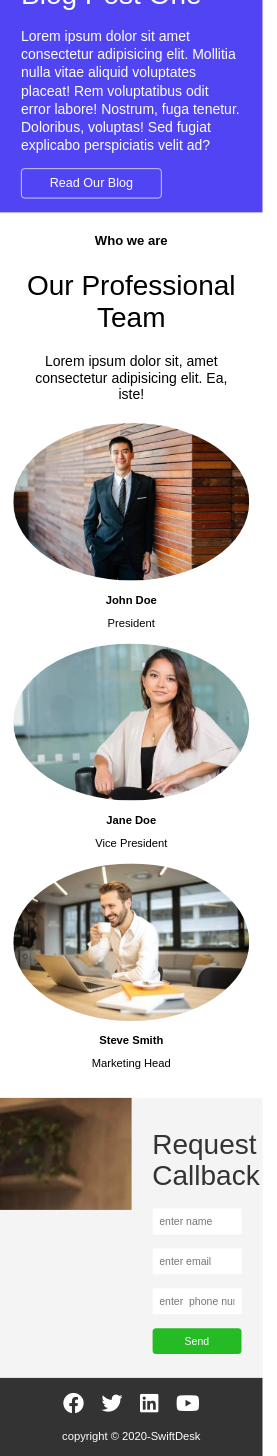
Repository: reemoon-ctrl/swiftdisk-Website-Flexbox
Page: index.html
An editor plug-in stored every save of this project. The page is shown before and after a run of saves, followed by the edit.
The browser window is 375 px wide. The page is 395 px wide, so the pictures cover 395 px, including what lies to the right of the window. The pictures show the part of the page from y = 3489 to 5729 px (the page is 5569 px tall before and 5729 px after), at 70% of full size.
Some web fonts or font styles are not loaded; a fallback is used.

Above is the page before, as saved 2024-07-28 10:23:22.

### index.html
<!DOCTYPE html>
<html lang="en">
<head>
    <meta charset="UTF-8">
    <meta name="viewport" content="width=device-width, initial-scale=1.0">
    <title>
        Swift Desk
    </title>
    <link rel="stylesheet" href="https://cdnjs.cloudflare.com/ajax/libs/pretendard-gov/1.3.9/variable/pretendardvariable-gov.css" integrity="sha512-8+hQBaMPOtCpDlrIo2m0mrtjxkbHDG7Qn6+ftvl8QmG21EGNQTP8Qi76h2VgHyol77soXLVZuuZDX953JC10hw==" crossorigin="anonymous" referrerpolicy="no-referrer" />
    <link rel="stylesheet" href="https://cdnjs.cloudflare.com/ajax/libs/font-awesome/6.0.0-beta3/css/all.min.css">

    <link rel="stylesheet" href="index.css">
    <link rel="stylesheet" href="media.css">
</head>
<body>
    <div class="show-case">
        <header>
            <div class="nav-bar">
                <div class="title-bar">
                    <i class="fas fa-desktop fa-2x" style="color: rgb(37, 187, 37)"></i>
                    <h1 class="title"><span class="fword"> Swift</span>Desk</h1>
                </div>
                <div class="link-bar">
                    <a href="index.html">Home</a>
                    <a href="#about">About</a>
                    <a href="#cases">Cases</a>
                    <a href="#blog">Blog</a>
                    <a href="#contact">Contact</a>
                </div>
            </div>
        </header>
        <header class="hd-content">
            <h1>The Sky Is The Limit</h1>
            <p>We provide world class financial assistance
            </p>
            <a href=""><i class="fas fa-chevron-right "></i> Read More</a>

        </header>

    </div>
    <main>
        <div class="about-section">
            <ul id="about"class="about-srvice" >
                <li><i class="fas fa-university " ></i>
                    <h3>Portfolio Manager</h3>
                    <p>Lorem ipsum dolor sit, amet consectetur
                         adipisicing elit. Voluptate, voluptas!</p>
                </li>
                <li><i class="fas fa-book-open-reader " ></i>
                    <h3>Portfolio Manager</h3>
                    <p>Lorem ipsum dolor sit, amet consectetur
                         adipisicing elit. Voluptate, voluptas!</p></li>
                <li><i class="fas fa-pen-fancy " ></i>
                    <h3>Tax&Custodial</h3>
                    <p>Lorem ipsum dolor sit, amet consectetur
                         adipisicing elit. Voluptate, voluptas!</p></li>
            </ul>
        </div>
        <div>
            <div class="solutions">
                <div class="img"></div>
                <div class="solution-content">
                    <h3>What you are looking for</h3>
                    <h2>We provide bespoke solutions</h2>
                    <p>Lorem ipsum dolor sit amet consectetur
                        adipisicing elit. Mollitia nulla vitae aliquid voluptates placeat! Rem voluptatibus odit error labore! Nostrum, fuga tenetur. Doloribus, voluptas! Sed
                        fugiat explicabo perspiciatis velit ad?</p>
                    <a href="index.html">Read More</a>
                 </div>
            </div>
        </div>
        <div class="Business-case" id="cases">
            <div class="Business-case-content">
                <h3>This is what we do</h3>
                <h2>Business Cases</h2>
                <p>Lorem ipsum dolor sit, amet consectetur
                     adipisicing elit. Ea, iste!</p>
            </div>
            <div class="BC-image">
                <img class="BCimg BCimg1" src="/img/cases/cases1.jpg" alt="">
                <img  class="BCimg BCimg2" src="/img/cases/cases2.jpg" alt="">
                <img class="BCimg BCimg3" src="/img/cases/cases3.jpg" alt="">
                <img class="BCimg BCimg4" src="/img/cases/cases4.jpg" alt="">
                <img class="BCimg BCimg5" src="/img/cases/cases5.jpg" alt="">
                <img class="BCimg BCimg6" src="/img/cases/cases6.jpg" alt="">
                <img class="BCimg BCimg7" src="/img/cases/cases7.jpg" alt="">
                <img class="BCimg BCimg8" src="/img/cases/cases8.jpg" alt="">
            </div>
        </div>

        <div>
            <div class="blog" id="blog">
                <div class="img"></div>
                <div class="blog-content">
                    <h3>April 16 2020</h3>
                    <h2>Blog Post One</h2>
                    <p>Lorem ipsum dolor sit amet consectetur
                        adipisicing elit. Mollitia nulla vitae aliquid voluptates placeat! Rem voluptatibus odit error labore! Nostrum, fuga tenetur. Doloribus, voluptas! Sed
                        fugiat explicabo perspiciatis velit ad?</p>
                    <a href="blog.html">Read Our Blog</a>
                 </div>
            </div>
        </div>
        <div class="Business-case">
            <div class="Business-case-content">
                <h3>Who we are</h3>
                <h2>Our Professional Team</h2>
                <p>Lorem ipsum dolor sit, amet consectetur
                     adipisicing elit. Ea, iste!</p>
            </div>
            <div class="our-team">
                <ul class="team-image">
                    <li><img  class="tmimg tm-img1" src="/img/team/person1.jpg" alt=""><h4>John Doe</h4><p>President</p></li>
                    <li><img  class="tmimg tm-img2" src="/img/team/person2.jpg" alt=""><h4>Jane Doe</h4><p>Vice President</p></li>
                    <li><img class="tmimg tm-img3" src="/img/team/person3.jpg" alt=""><h4>Steve Smith</h4><p>Marketing Head</p></li>
                </ul>
            </div>
        </div>
        <div>
            <div class="request" id="contact">
                <div class="img"></div>
                <div class="form-content">
                    <h2>Request Callback</h2>
                    <form class="requwst-form"action="">
                        <input type="text" name="name" id="name" placeholder="enter name">
                        <input type="email" name="Email" id="Email" placeholder="enter email">
                        <input type="tel" name="phone" id="phone" placeholder="enter  phone number">
                        <input type="submit" value="Send" id="submit">
                    </form>


                 </div>

            </div>
        </div>

    </main>
    <footer>
        <ul class="footer-icon">
            <li><a href=""><i class="fa-brands fa-facebook"></i></a></li>
            <li><a href=""><i class="fa-brands fa-twitter"></i></a></li>
            <li><a href=""><i class="fa-brands fa-linkedin"></i></a></li>
            <li><a href=""><i class="fa-brands fa-youtube"></i></a></li>
        </ul>
        <p>copyright &copy; 2020-SwiftDesk</p>
    </footer>



</body>
</html>

### index.css
@import url('https://fonts.googleapis.com/css2?family=Open+Sans:ital,wght@0,300..800;1,300..800&family=Poppins:ital,wght@0,100;0,200;0,300;0,400;0,500;0,600;0,700;0,800;0,900;1,100;1,200;1,300;1,400;1,500;1,600;1,700;1,800;1,900&display=swap');


*{
    box-sizing: border-box;
    margin: 0;
    padding: 0;
}

body{
    font-family: 'Open Sans ', sans-serif;
}
h1,h2{
    font-weight: 300;
}
.nav-bar{
    display: flex;
    justify-content:space-between ;
    padding: 20px 20px;
    color:#fff;
    background-color: #333333cd;
    position: fixed;
    top: 0px;
    height:70px;
    width:100vw;
}
.title-bar{
    align-items: center;
    flex-grow: 1;
    display: flex;
    gap:.5rem;


}
.title-bar h1{
    display:inline-block;
    font-size:2.5rem;
    font-weight: 400;
}

.link-bar{

    /* flex-grow:1 ; */
    align-self: center;
    display: flex;
}
.link-bar a{
    padding: 23.5px 20px;
    color:#fff;
    text-decoration: none;


}
.link-bar a:hover{
    border-bottom: 2px #25bb25 solid;
}
.fword{
    color:#25bb25;
}
.show-case{
   height:100vh;
   text-align: center;
   color:#fff;
   position: relative;
   background:  url('img/home/showcase.jpg') no-repeat center center/cover;
}
.show-case *{
    z-index: 10;
}
.show-case::before{
    content:'';
    position: absolute;
    background: hsla(0%, 0%, 0%, 0.5);
    left: 0;
    top:0;
    width: 100%;
    height:100%;
}
.hd-content{
    padding-top: 18rem;
}
.hd-content h1{
    font-size: 3rem;
}
.hd-content p{
    font-size: 1.5rem;
    padding-top: .8rem;
    padding-bottom: .8rem;
}
.hd-content a{
    color: #fff;
    background:#45c745 ;
    padding: 10px 30px;
    border-radius: 5px;
    text-decoration: none;
    text-align: center;
    display: inline-block;
}
.about-section ul{
    display: flex;
    list-style: none;
    gap: 20px;

}
.about-srvice{
    padding: 50px ;
}
.about-srvice li{
    text-align: center;
}
.about-srvice li i{
    background-color: rgb(69, 199, 69);
    color:#fff;
    width:70px;
    height: 70px;
    border-radius: 70px;
    font-size: 40px;
    padding-top:15px ;


}
.about-srvice li h3{
    padding-top: 20px;
}
.about-srvice li p{
    padding-top: 20px;
    padding-bottom: 30px;
    font-size: 20px;
    color: dimgrey;
}

.solutions{
    display:flex;
    background: #45c745;

}
.solutions .img{
    width:50%;
    background: url('/img/home/people.jpg') center center/cover no-repeat;

}
.solution-content{
    color:#fff;
    padding:20px 30px;
    height:25rem;
    width: 50%;
}
.solution-content h2{
    font-size: 40px;
    font-weight: 500;
    padding: 1.5rem 0px;
}
.solution-content p{
    font-size: 20px;
    line-height: 1.3;
    margin-bottom: 20px;
}
.solution-content a{
    padding: 10px 40px;
    border: 1px solid;
    color:#fff;
    text-decoration: none;
    border-radius: 5px;
    font-size: 18px;
    display: inline-block;

}
.Business-case{
    width: 100vw;
}
.Business-case-content{
    text-align: center;
    padding-left: 30px;
    padding-right: 30px;
}
.Business-case-content h3{
    padding: 30px 0px;
}
.Business-case-content h2{
   padding-bottom: 30px;
    font-size: 40px;
    font-weight: 500;
}
.Business-case-content p{
    padding-bottom: 30px;
    font-size: 20px;
}
.BC-image{
    display: grid;
    grid-template-columns:25% 25% 25% 25%;
   gap: 20px;
   padding: 40px 0px;
}
.BCimg{
    width: 100%;
    height:100%;
    object-fit: cover;


}
.BCimg:hover{
    opacity: 0.7;
}
/* //////////////////////////////////// */
.blog{
    display:flex;
    background: #5145f3;
    flex-direction: row-reverse;

}
.img{
    width:50%;
    background: url('/img/home/blog.jpg') center center/cover no-repeat;

}
.blog-content{
    color:#fff;
    padding:20px 30px;
    height:25rem;
    width: 50%;
}
.blog-content h2{
    font-size: 40px;
    font-weight: 500;
    padding: 1.5rem 0px;
}
.blog-content p{
    font-size: 20px;
    line-height: 1.3;
    margin-bottom: 20px;
}
.blog-content a{
    padding: 10px 40px;
    border: 1px solid;
    color:#fff;
    text-decoration: none;
    border-radius: 5px;
    font-size: 18px;
    display: inline-block;

}
.our-team{
    padding-bottom: 40px;
}
.team-image{
    display: flex;
    justify-content: space-around;
    width: 100vw;
    list-style: none;
    text-align: center;

}
.team-image li h4{
    padding: 15px;
}
.tmimg{
    width: 90%;
    height:70%;
    border-radius: 70%;

}
.request{
    display: flex;
    background-color: #f4f4f4;
}
.request .img{
    background: url(/img/home/contact.jpg);
}
.form-content{
    color:#333;
    padding:20px 30px;
    height:25rem;
    width: 50%;
}
.form-content h2{
    color:#333;
    font-size: 40px;
    font-weight: 500;
    padding: 1.5rem 0px;
    font-weight:lighter;
}
.requwst-form{
    display: flex;
    flex-direction: column;
    gap :20px;

}
.requwst-form input{
border: #ddd;
color: #333;
font-size: 15px;
padding: 10px;
}
.requwst-form input:focus{
    outline-color:#25bb25 ;
}
.requwst-form input[type=submit]{
    background: #25bb25;
    color:#fff;
    cursor: pointer;
    border-radius: 5px;


}
.requwst-form input[type=submit]:hover{
    background-color: #6de66d;

}
footer{
    background: #333;
    padding: 20px ;
}
.footer-icon{
    display: flex;
    align-items: center;
    justify-content: center;
    gap:25px;
}
.footer-icon li{
    list-style: none;
}
.footer-icon li a{
    color: #fff;
    font-size: 30px;
}
.footer-icon li a:hover{
    color: #45c745;
}

footer p{
    text-align: center;
    color: #fff;
    padding-top: 20px;

}
/* //////////blog page//////////////// */
#blog-case{
    height:fit-content;
    text-align: center;
    color:#fff;
    background:  url('img/home/blog.jpg') no-repeat center center/cover ;
 }
.blog-h1{
    font-size: 70px;
    font-weight: 400;
    padding-bottom: 50px;

 }
 .blog-light{
    display:flex;
    background: #fff;
    flex-direction: row-reverse;

}
.img-light{
    width:50%;
    background: url('/img/blog/blog1.jpg') center center/cover no-repeat;

}
.blog-content-light{
    color:#333;
    padding:20px 30px;
    height:25rem;
    width: 50%;
}
.blog-content-light h2{
    font-size: 40px;
    font-weight: 500;
    padding: .4rem 0px;
}
.blog-content-light h3{
    padding-bottom: 1.7rem;
}
.blog-content-light p{
    font-size: 20px;
    line-height: 1.3;
    margin-bottom: 20px;
}
.blog-content-light a{
    padding: 10px 30px;
    border: 1px solid;
    color:#fff;
    background-color: #333;
    text-decoration: none;
    border-radius: 5px;
    font-size: 18px;

}
.blog-dark{
    display:flex;
    background: #333;
    flex-direction: row-reverse;

}
.img-dark{
    width:50%;
    background: url('/img/blog/blog2.jpg') center center/cover no-repeat;

}
.blog-content-dark{
    color:#fff;
    padding:20px 30px;
    height:25rem;
    width: 50%;
}
.blog-content-dark h2{
    font-size: 40px;
    font-weight: 500;
    padding: .4rem 0px;
}
.blog-content-dark h3{
    padding-bottom: 1.7rem;
    font-weight:normal;
}
.blog-content-dark p{
    font-size: 20px;
    line-height: 1.3;
    margin-bottom: 20px;
}
.blog-content-dark a{
    padding: 10px 30px;
    border: 1px solid;
    color:#333;
    background-color: #fff;
    text-decoration: none;
    border-radius: 5px;
    font-size: 18px;

}
.last-blog .img-light{
    width:50%;
    background: url('/img/blog/blog3.jpg') center center/cover no-repeat;

}
.author{
    font-weight: 700;
}

### media.css
@media screen and (max-width:500px){
    .nav-bar{
        flex-direction: column;
        height:140px;
        justify-content: center;
        align-items: center;

    }
    .hd-content{
        padding-top: 15rem;
    }
    .hd-content h1{
        font-size: 1.5rem;
    }
    .hd-content p{
        font-size: .7rem;
        padding-top: .8rem;
        padding-bottom: .8rem;
    }
    .about-section ul{
        flex-direction: column;
    }
    .solutions{
        flex-direction: column;
    }
    .solutions .img{
        width:100%;
        height: 25rem;
    }
    .solution-content{
        width:100%;
        height: 100%;
    }
    .solution-content h2{
        font-size: 20px;
    }
    .solution-content p{
        font-size: 15px;
        line-height:1.1 ;
    }
    .BC-image{
        grid-template-columns:50% 50%;
    }
    .blog{
        flex-direction: column;

    }
    .img{
        width:100% ;
        height:10rem;
    }
    .blog-content{
        width:100%;
    }
    .team-image{
        flex-direction: column;
        gap :20px;
    }


}

After the next 3 saves:
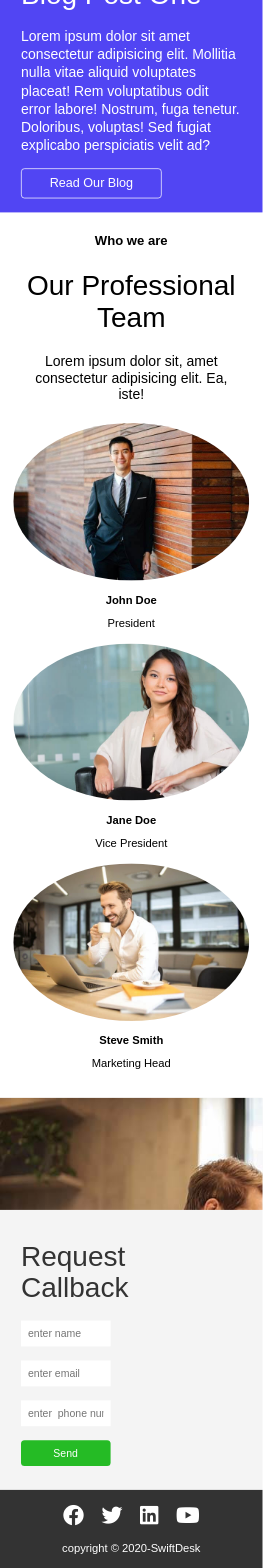
The 3 saves are shown as one change because they came seconds apart.
The last was saved 34 s later.
--- a/media.css
+++ b/media.css
@@ -56,6 +56,8 @@
         flex-direction: column;
         gap :20px;
     }
-
+    .request{
+        flex-direction: column;
+    }
 
 }
